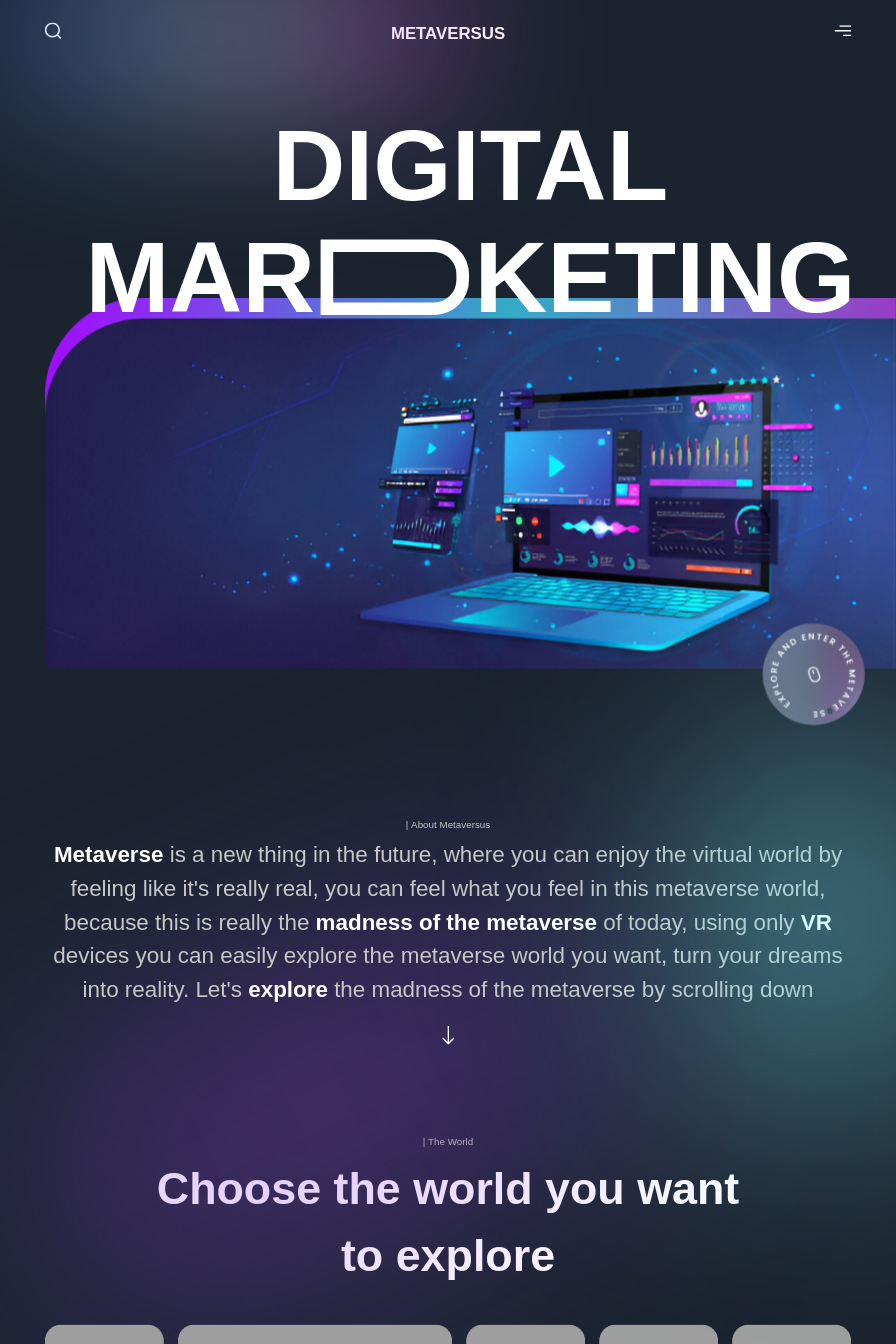
Repository: Shanuga123/metaversus
Page: /
These files come from the project's save history. The page is drawn as it stood at one moment and after a run of saves; the edit follows.
The browser window is 1280 px wide. The pictures show the part of the page from y = 0 to 1920 px (the page is 7254 px tall), at 70% of full size.
Pictures or frames that could not be fetched are drawn as grey boxes. Some web fonts or font styles are not loaded; a fallback is used. The project was rebuilt for these pictures with package versions that can differ from the ones it lists, and the page was loaded fresh each time. The framework's server and built-in components were replaced by stand-ins that run in the browser. Also part of the build but not shown: next.config.js.

Above is the page before, as saved 2024-08-05 19:28:28.

After the next 3 saves:
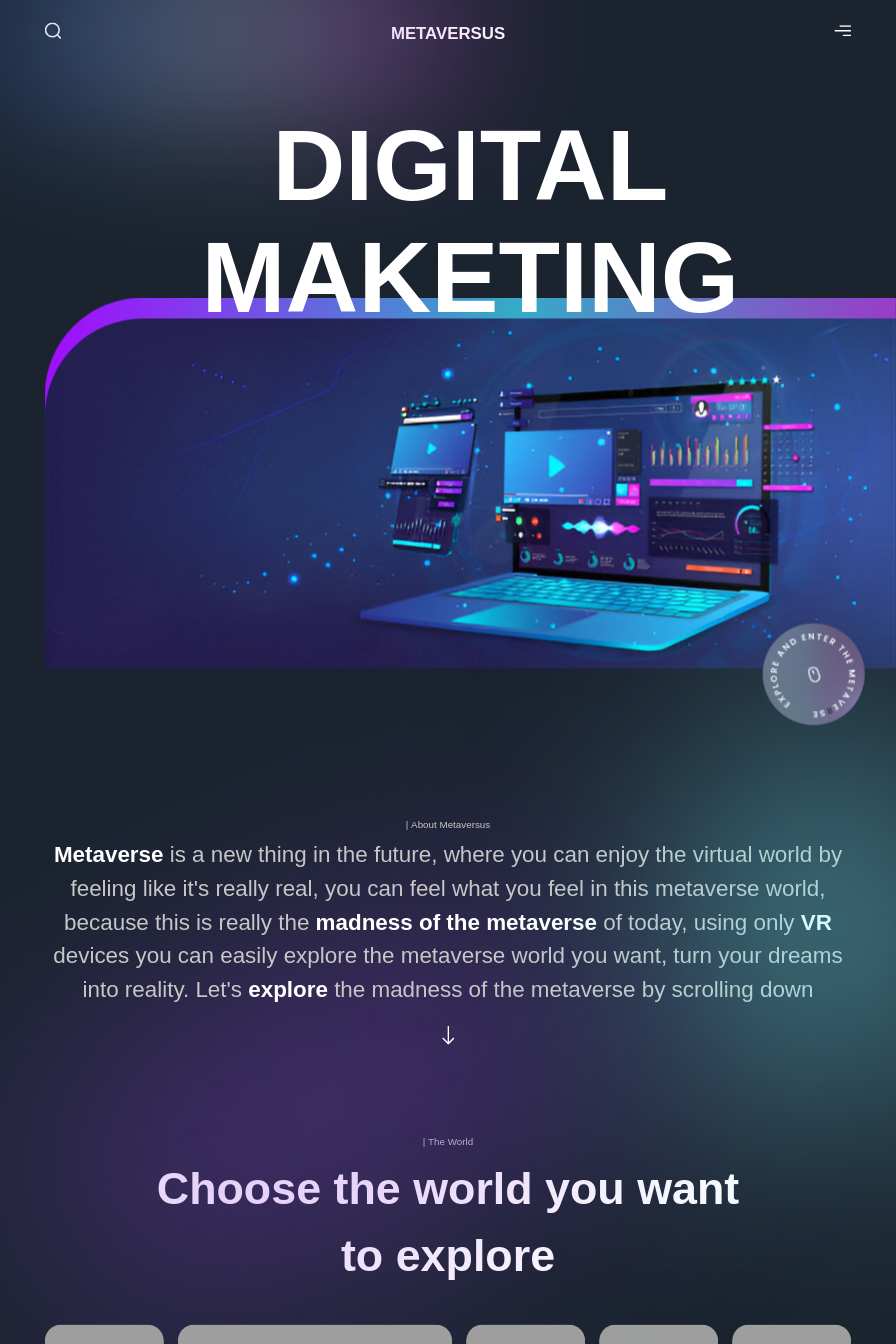
The 3 saves are shown as one change because they came seconds apart.
The last was saved 37 s later.
--- a/sections/Hero.jsx
+++ b/sections/Hero.jsx
@@ -22,8 +22,8 @@
           variants={textVariant(1.2)}
           className="flex flex-row justify-center items-center"
         >
-          <h1 className={styles.heroHeading}>MaR</h1>
-          <div className={styles.heroDText} />
+          <h1 className={styles.heroHeading}>Ma</h1>
+          <div className={styles.heroRText} />
           <h1 className={styles.heroHeading}>Keting</h1>
         </motion.div>
       </div>

After the save that followed:
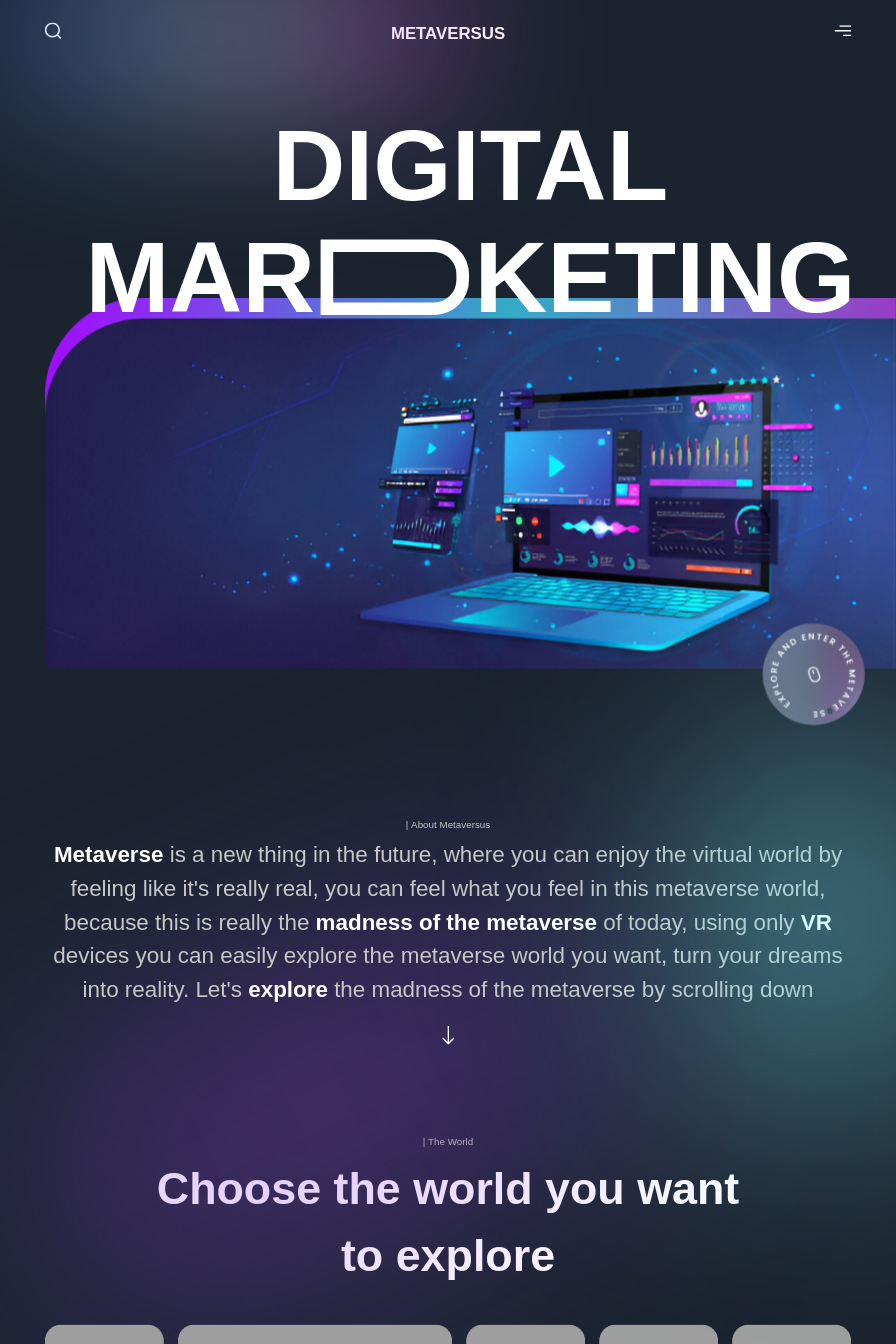
Saved 14 s later.
--- a/sections/Hero.jsx
+++ b/sections/Hero.jsx
@@ -22,8 +22,8 @@
           variants={textVariant(1.2)}
           className="flex flex-row justify-center items-center"
         >
-          <h1 className={styles.heroHeading}>Ma</h1>
-          <div className={styles.heroRText} />
+          <h1 className={styles.heroHeading}>MaR</h1>
+          <div className={styles.heroDText} />
           <h1 className={styles.heroHeading}>Keting</h1>
         </motion.div>
       </div>
